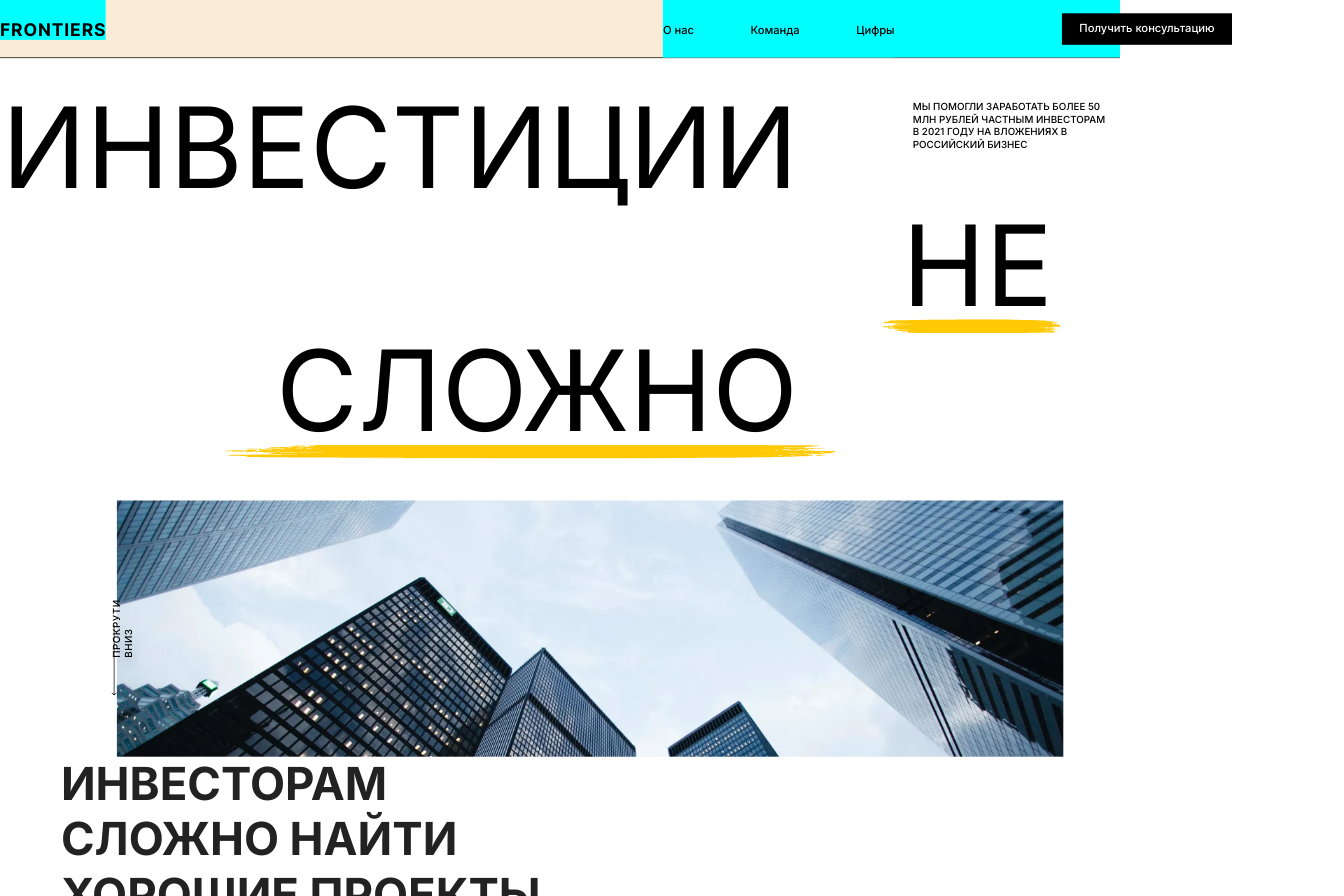
Repository: NadyaKorvin/frontiers
Page: /
These files come from the project's save history. The page is drawn as it stood at one moment and after the next save; the edit follows.
The browser window is 1280 px wide. The page is 1920 px wide, so the pictures cover 1920 px, including what lies to the right of the window. The pictures show the part of the page from y = 0 to 1280 px (the page is 2633 px tall), at 70% of full size.
The project was rebuilt for these pictures with package versions that can differ from the ones it lists, and the page was loaded fresh each time.

Above is the page before, as saved 2022-05-26 17:18:20.

After the next save:
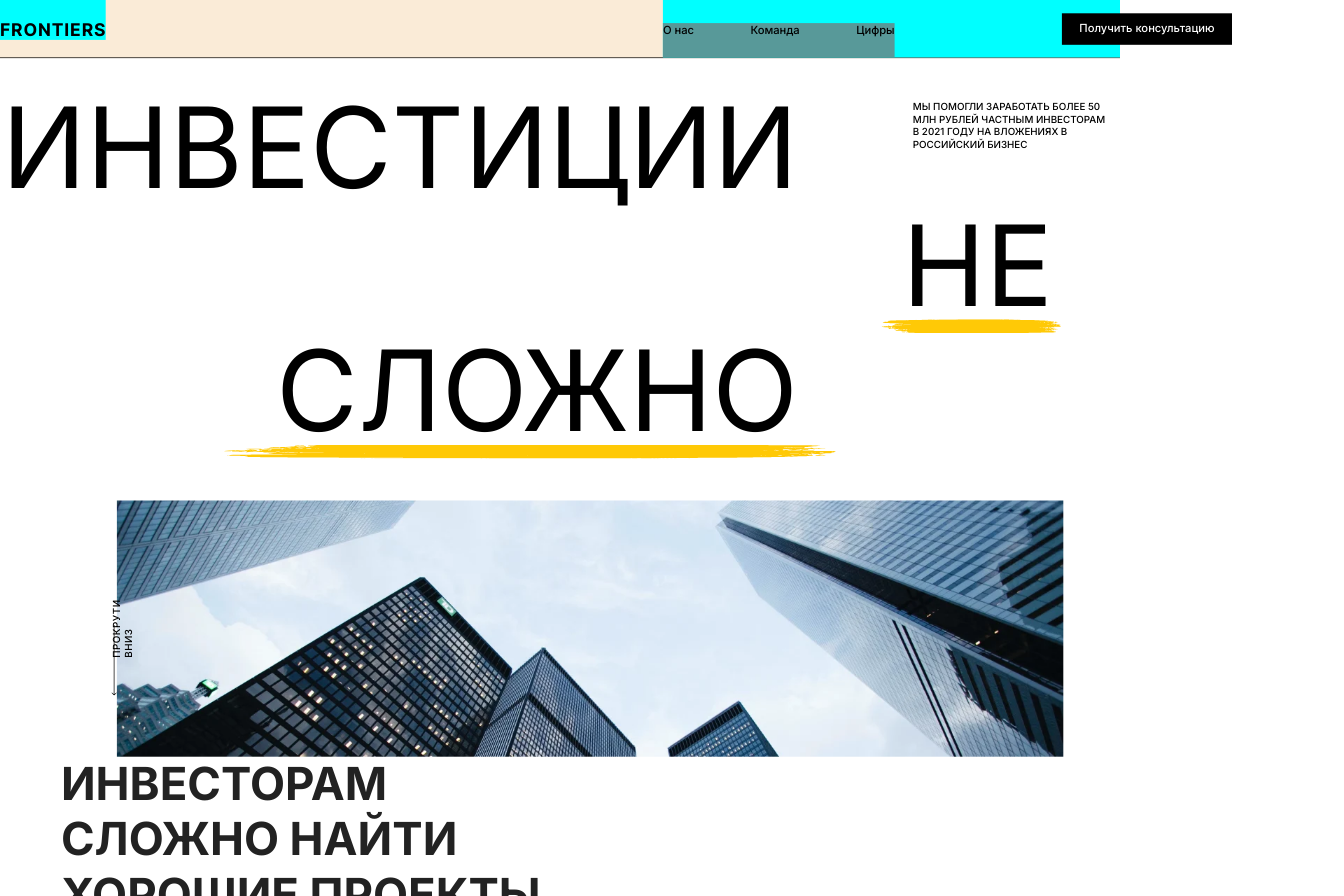
Saved 7 s later.
--- a/src/components/firstScreen/FirstScreen.css
+++ b/src/components/firstScreen/FirstScreen.css
@@ -36,7 +36,7 @@
 
 .firstscreen__nav {
   width: 331px;
-  background-color: aqua;
+  background-color: rgb(88, 153, 153);
 }
 
 .firstscreen__nav_team {
